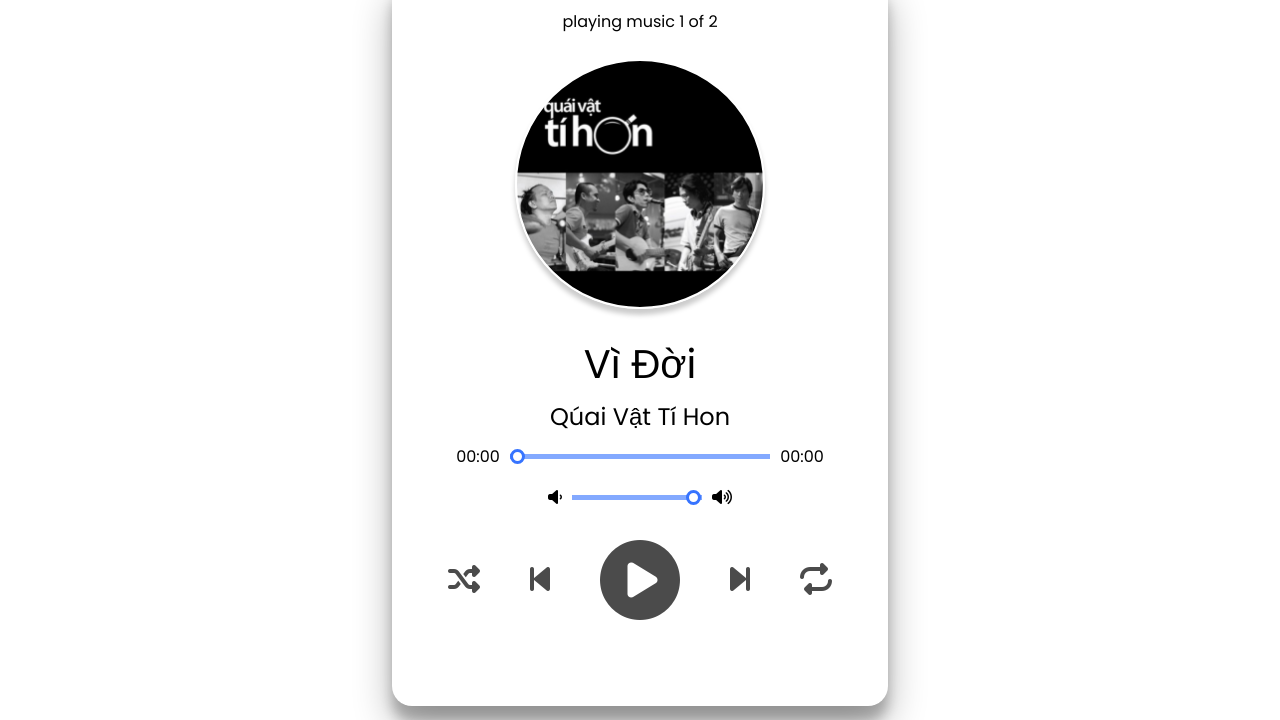
Repository: NguyenVietPhuQuy/Javascript-AudioPlayer
Page: index.html
The author's editor kept a copy of each file at every save. The page is drawn from the files as they stood at one save, then again after the next save.
The browser window is 1280 px wide. The pictures show the whole page.

Above is the page before, as saved 2022-11-09 12:06:57.
Console error: ReferenceError: math is not defined

After the next save:
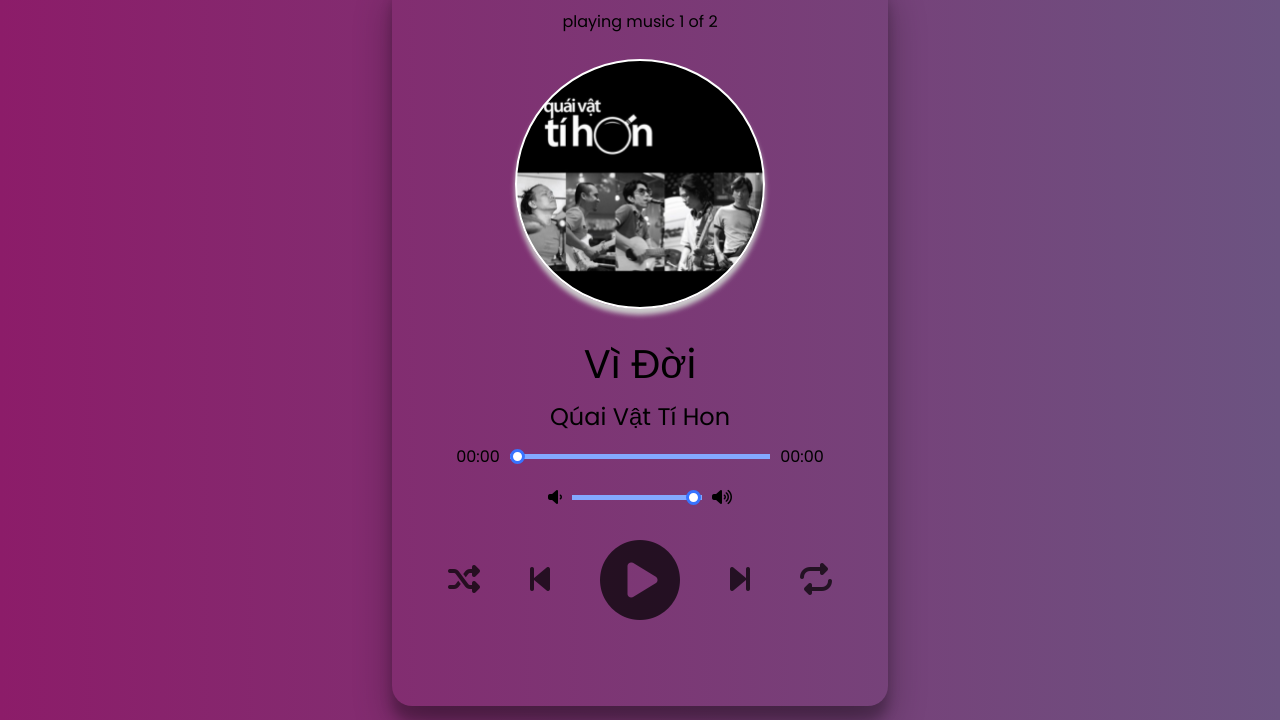
The error is gone.
Saved 2 min 21 s later.
--- a/index.js
+++ b/index.js
@@ -60,7 +60,7 @@ function random_bg_color(){
 
     function populate(a){
         for(let i=0;i<6;i++){
-            let x =math.round(Math.random()*14);
+            let x =Math.round(Math.random()*14);
             let y = hex[x];
             a += y;
         }
